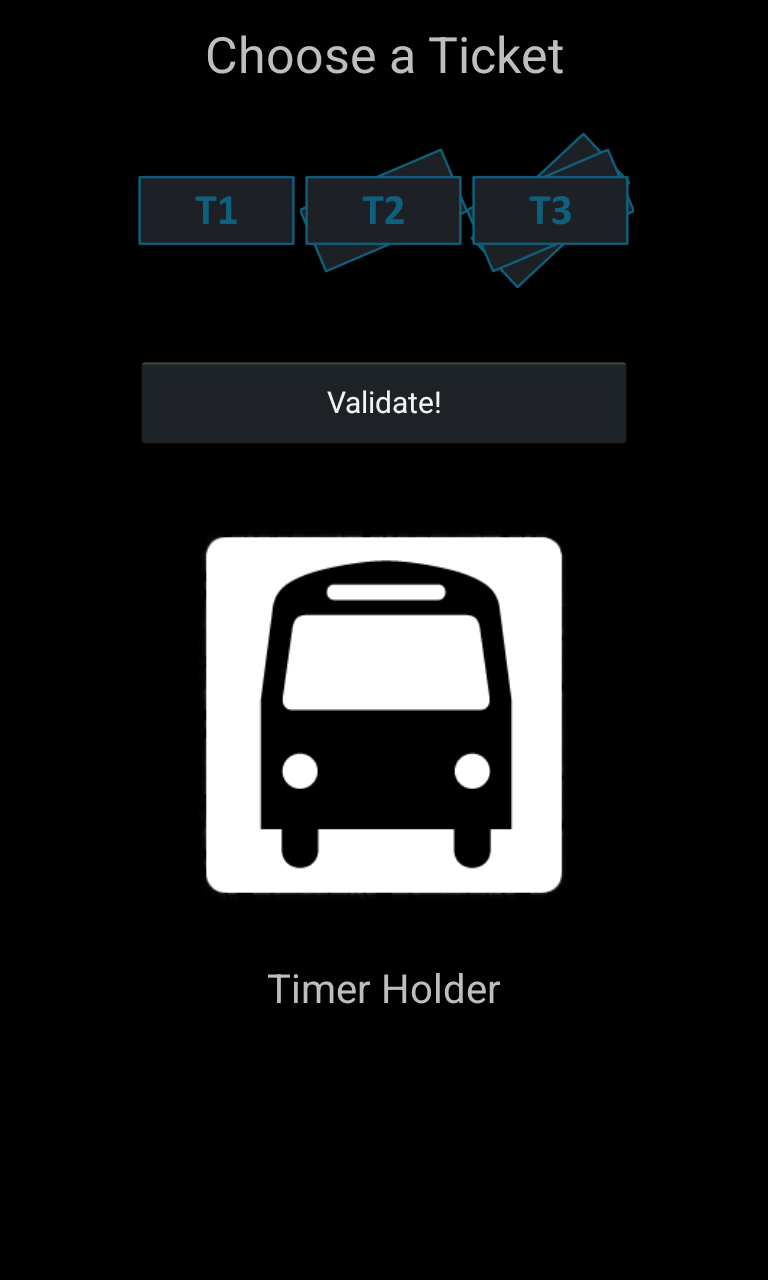
Repository: Nelspike/BusTicketer
Layout: PassengerMode/res/layout/fragment_show_tickets.xml
An editor plug-in stored every save of this project. The layout is shown before and after a run of saves, followed by the edit.
It is drawn on a 768 x 1280 px phone screen (xhdpi) without system bars, with theme AppTheme; the app's code is not run.

Above is the layout before, as saved 2013-10-19 20:52:50.

### PassengerMode/res/layout/fragment_show_tickets.xml
<FrameLayout xmlns:android="http://schemas.android.com/apk/res/android"
    xmlns:tools="http://schemas.android.com/tools"
    android:layout_width="match_parent"
    android:layout_height="match_parent"
    tools:context=".ShowTicketsFragment" >

    <LinearLayout
        android:layout_width="match_parent"
        android:layout_height="wrap_content"
        android:orientation="vertical"
        android:paddingTop="10dp">

	    <TextView
	        android:layout_width="match_parent"
	        android:layout_height="wrap_content"
	        android:text="@string/show_tickets_title"
	        android:textSize="25sp"
	        android:gravity="center"/>

		<RadioGroup
		    android:id="@+id/ticket_radio"
		    android:layout_width="match_parent"
		    android:layout_height="wrap_content"
		    android:gravity="center"
		    android:orientation="horizontal"
		    android:paddingTop="20dp"
		    android:paddingBottom="30dp" >

			<RadioButton
			    android:id="@+id/t1_radio"
				android:button="@drawable/t1_selector"
				android:layout_width="wrap_content"
				android:layout_height="wrap_content"/>

			<RadioButton
			    android:id="@+id/t2_radio"
				android:button="@drawable/t2_selector"
				android:layout_width="wrap_content"
				android:layout_height="wrap_content"/>

			<RadioButton
			    android:id="@+id/t3_radio"
				android:button="@drawable/t3_selector"
				android:layout_width="wrap_content"
				android:layout_height="wrap_content"/>

		</RadioGroup>

		<Button
		    android:id="@+id/t1_ticket_validate"
		    android:layout_width="250dp"
		    android:layout_height="wrap_content"
		    android:layout_gravity="center"
		    android:text="@string/validate_ticket"
		    android:textSize="15sp" />

		<ImageView
		    android:id="@+id/qr_code_holder"
		    android:contentDescription="@string/description"
		    android:layout_width="450px"
		    android:layout_height="450px"
		    android:src="@drawable/bus"
		    android:layout_gravity="center"
		    android:paddingTop="40dp"/>

		<TextView
		    android:id="@+id/ticket_timer"
		    android:layout_width="match_parent"
		    android:layout_height="wrap_content"
		    android:gravity="center"
		    android:text="Timer Holder"
		    android:textSize="20sp"
		    android:paddingTop="30dp"/>

    </LinearLayout>




</FrameLayout>

### PassengerMode/res/values/styles.xml
<resources>

    <!--
        Base application theme, dependent on API level. This theme is replaced
        by AppBaseTheme from res/values-vXX/styles.xml on newer devices.
    -->
    <style name="AppBaseTheme" parent="android:Theme.Holo">
        <!--
            Theme customizations available in newer API levels can go in
            res/values-vXX/styles.xml, while customizations related to
            backward-compatibility can go here.
        -->
    </style>

    <!-- Application theme. -->
    <style name="AppTheme" parent="android:Theme.Holo">
        <!-- All customizations that are NOT specific to a particular API-level can go here. -->
    </style>

</resources>

### PassengerMode/res/values/strings.xml
<?xml version="1.0" encoding="utf-8"?>
<resources>

    <string name="app_name">Passenger Mode</string>
    <string name="action_settings">Settings</string>
    <string name="hello_world">Hello world!</string>
    <string name="welcome_string">Welcome to Bus Ticketer!</string>
    <string name="splash_screen_description">Splash Screen Logo</string>
    <string name="splash_screen_terms">Lorem ipsum dolor sit amet, consectetur adipiscing elit. In porta cursus lacus ut porta. Ut luctus et urna eu malesuada. Donec magna diam, mollis molestie est eu, bibendum semper quam. Curabitur rhoncus iaculis nisi ut luctus. Pellentesque habitant morbi tristique senectus et netus et malesuada fames ac turpis egestas. Ut luctus gravida massa, a posuere nunc sagittis ac. Maecenas porta nisi sed interdum varius. Nunc tincidunt turpis nec orci interdum sollicitudin in at nulla. Integer non lorem a elit elementum iaculis consectetur vel ipsum. Aenean sed eros laoreet, egestas lacus eu, accumsan risus. Aliquam consequat sagittis urna, quis accumsan felis malesuada sed.</string>
    <string name="splash_screen_name_label">Name:</string>
    <string name="splash_screen_card_label">CC No.:</string>
    <string name="splash_screen_register_button">Register it up!</string>
    <string name="title_activity_central">CentralActivity</string>
    <string name="hello_blank_fragment">Hello blank fragment</string>
    <string name="description">Generic Description</string>
    <string name="validate_ticket">Validate!</string>
    <string name="show_tickets_title">Choose a Ticket</string>

</resources>

### PassengerMode/res/drawable-xxhdpi/t1_selector.xml
<?xml version="1.0" encoding="utf-8"?>
<selector xmlns:android="http://schemas.android.com/apk/res/android" >
	<item android:state_checked="true" android:drawable="@drawable/selectedt1" />
	<item android:state_checked="false" android:drawable="@drawable/t1" />
</selector>

### PassengerMode/res/drawable-xxhdpi/t2_selector.xml
<?xml version="1.0" encoding="utf-8"?>
<selector xmlns:android="http://schemas.android.com/apk/res/android" >
	<item android:state_checked="true" android:drawable="@drawable/selectedt2" />
	<item android:state_checked="false" android:drawable="@drawable/t2" />
</selector>

### PassengerMode/res/drawable-xxhdpi/t3_selector.xml
<?xml version="1.0" encoding="utf-8"?>
<selector xmlns:android="http://schemas.android.com/apk/res/android" >
	<item android:state_checked="true" android:drawable="@drawable/selectedt3" />
	<item android:state_checked="false" android:drawable="@drawable/t3" />
</selector>

After the next 2 saves:
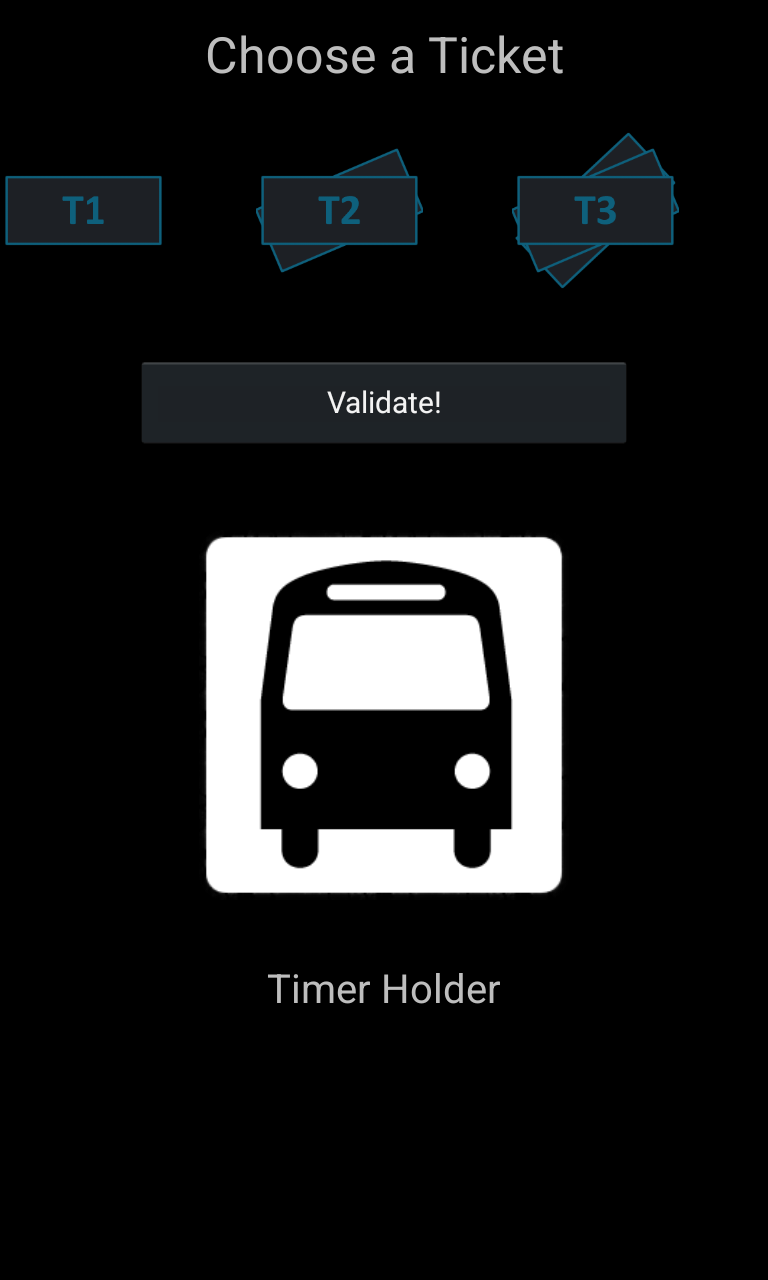
The 2 saves are shown as one change because they came seconds apart.
The last was saved 12 s later.
--- a/PassengerMode/res/layout/fragment_show_tickets.xml
+++ b/PassengerMode/res/layout/fragment_show_tickets.xml
@@ -30,19 +30,22 @@
 			    android:id="@+id/t1_radio"
 				android:button="@drawable/t1_selector"
 				android:layout_width="wrap_content"
-				android:layout_height="wrap_content"/>
+				android:layout_height="wrap_content"
+				android:layout_weight="1"/>
 
 			<RadioButton
 			    android:id="@+id/t2_radio"
 				android:button="@drawable/t2_selector"
 				android:layout_width="wrap_content"
-				android:layout_height="wrap_content"/>
+				android:layout_height="wrap_content"
+				android:layout_weight="1"/>
 
 			<RadioButton
 			    android:id="@+id/t3_radio"
 				android:button="@drawable/t3_selector"
 				android:layout_width="wrap_content"
-				android:layout_height="wrap_content"/>
+				android:layout_height="wrap_content"
+				android:layout_weight="1"/>
 
 		</RadioGroup>
 
